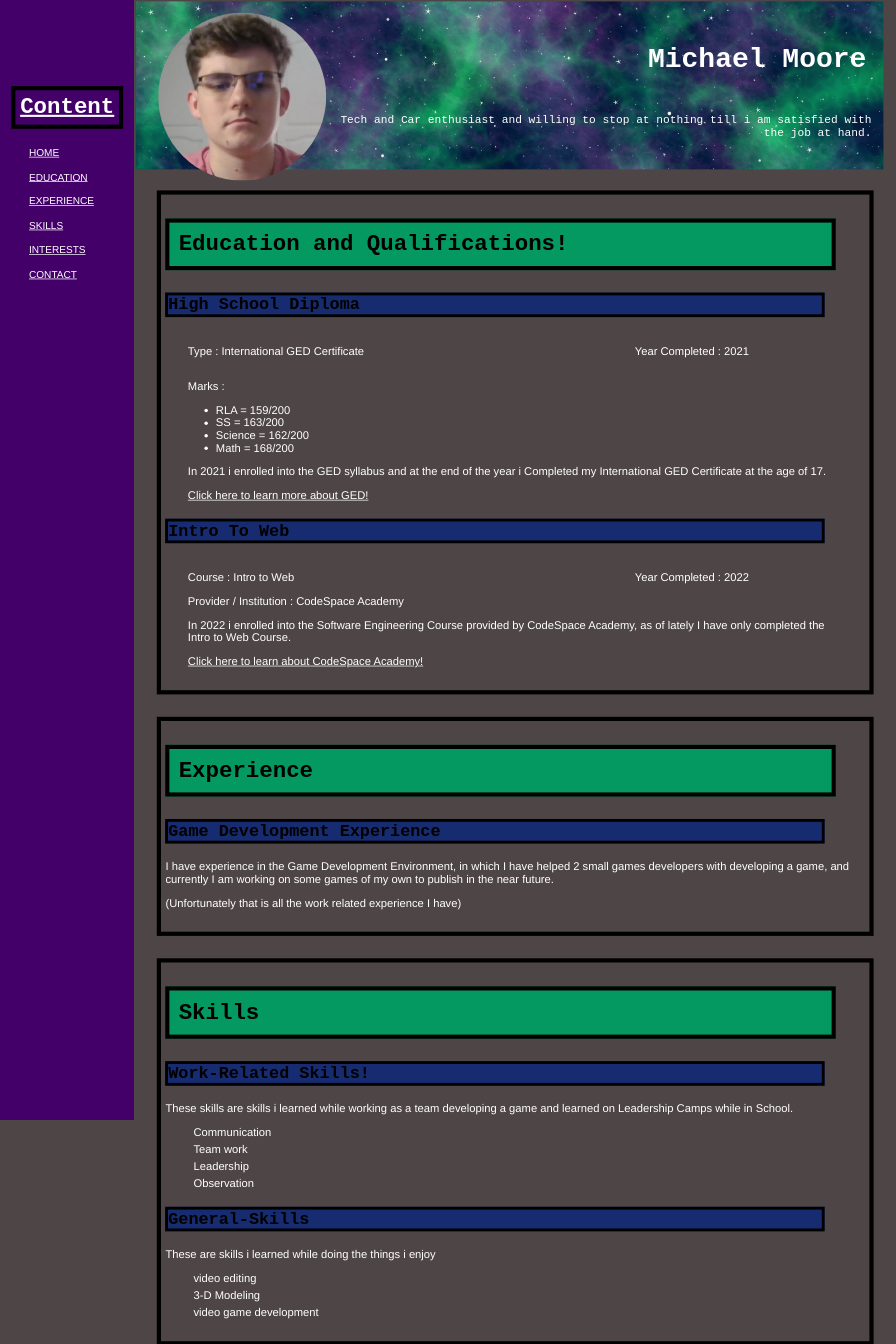
Repository: MikeMoore55/MichaelMooreResumeProject
Page: Resume.html
The author's editor kept a copy of each file at every save. The page is drawn from the files as they stood at one save, then again after the next save.
The browser window is 1280 px wide. The pictures show the part of the page from y = 0 to 1920 px (the page is 2882 px tall), at 70% of full size.

Above is the page before, as saved 2022-02-12 12:25:24.

After the next save:
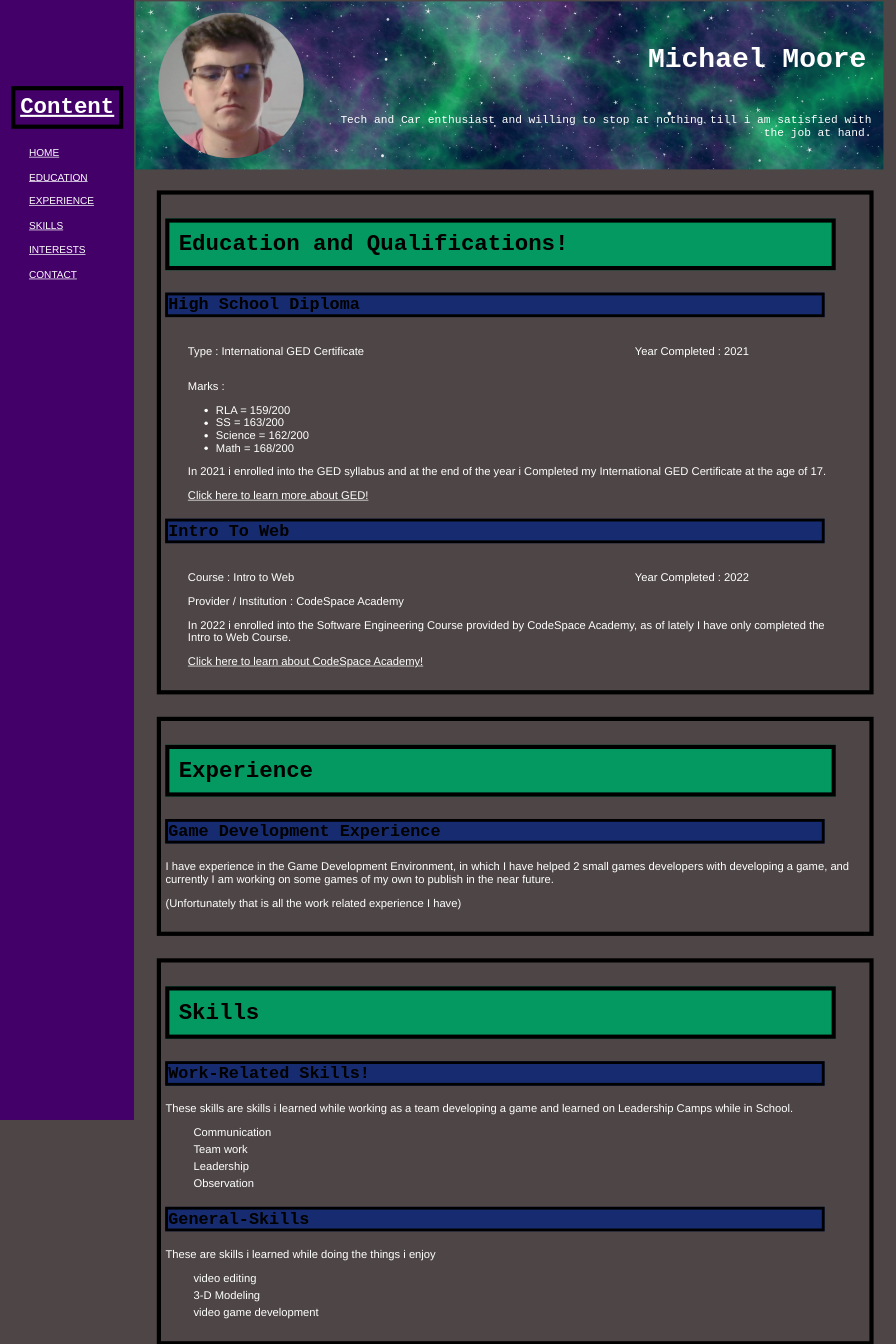
Saved 15 s later.
--- a/css/stylesheet.css
+++ b/css/stylesheet.css
@@ -19,7 +19,7 @@ header{
 
 #profilePic{
     border-radius: 50%;
-    width: 15EM;
+    width: 13em;
     margin: 1em 2em 2em 2em;
 }
 
